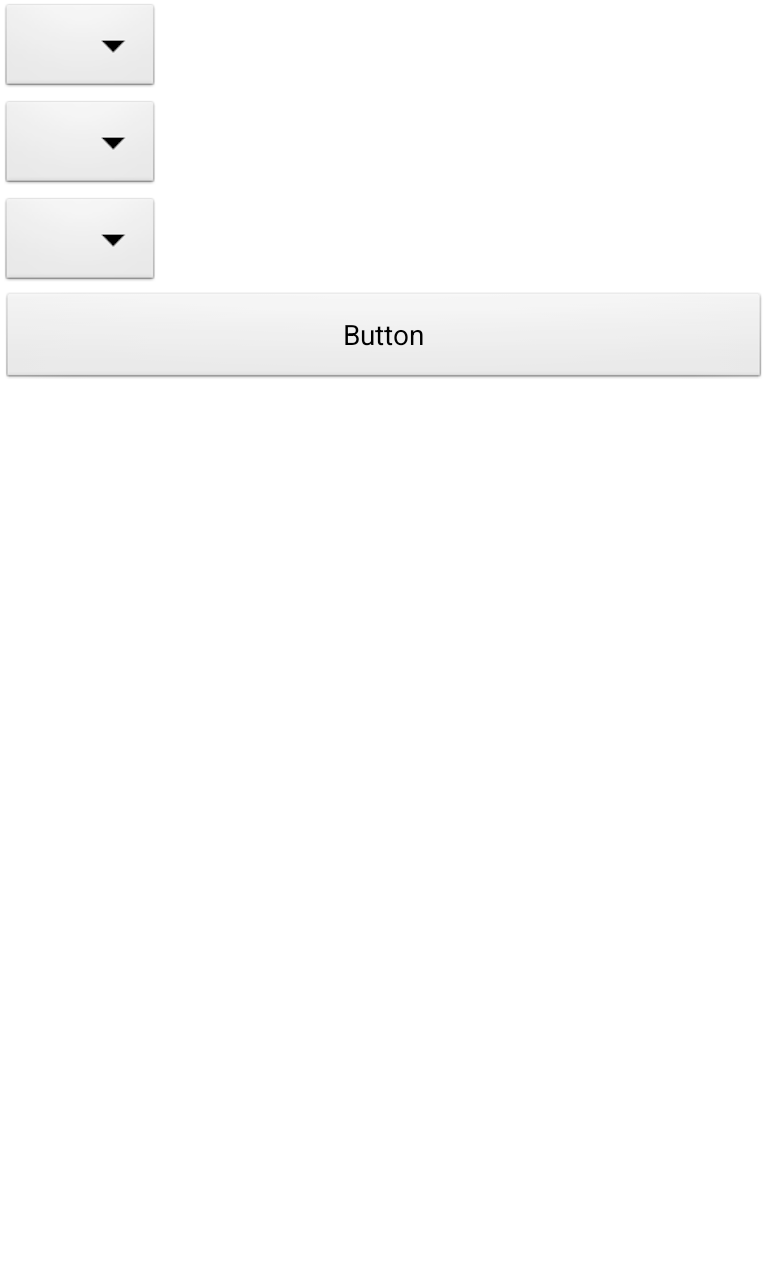
Repository: Lorvak/Pedido
Layout: workspace/Pedido_pizzaria/res/layout/activity_pedido_form.xml
An editor plug-in stored every save of this project. The layout is shown before and after the next save, followed by the edit.
It is drawn on a 768 x 1280 px phone screen (xhdpi) without system bars, with theme AppTheme; the app's code is not run.

Above is the layout before, as saved 2013-02-25 21:43:48.

### workspace/Pedido_pizzaria/res/layout/activity_pedido_form.xml
<RelativeLayout xmlns:android="http://schemas.android.com/apk/res/android"
    xmlns:tools="http://schemas.android.com/tools"
    android:layout_width="match_parent"
    android:layout_height="match_parent"
    tools:context=".PedidoFormActivity" >

    <Spinner
        android:id="@+id/spnMesa"
        android:layout_width="wrap_content"
        android:layout_height="wrap_content"
        android:layout_alignParentLeft="true"
        android:layout_alignParentTop="true" />

    <Spinner
        android:id="@+id/spnPizza"
        android:layout_width="wrap_content"
        android:layout_height="wrap_content"
        android:layout_alignParentLeft="true"
        android:layout_below="@+id/spnMesa" />

    <Spinner
        android:id="@+id/spnBebida"
        android:layout_width="wrap_content"
        android:layout_height="wrap_content"
        android:layout_alignParentLeft="true"
        android:layout_below="@+id/spnPizza" />

    <Button
        android:id="@+id/btVoltar"
        android:layout_width="wrap_content"
        android:layout_height="wrap_content"
        android:layout_alignParentLeft="true"
        android:layout_alignParentRight="true"
        android:layout_below="@+id/spnBebida"
        android:text="Button" />

</RelativeLayout>

Loaded but not shown: workspace/Pedido_pizzaria/res/values/styles.xml (common file)

After the next save:
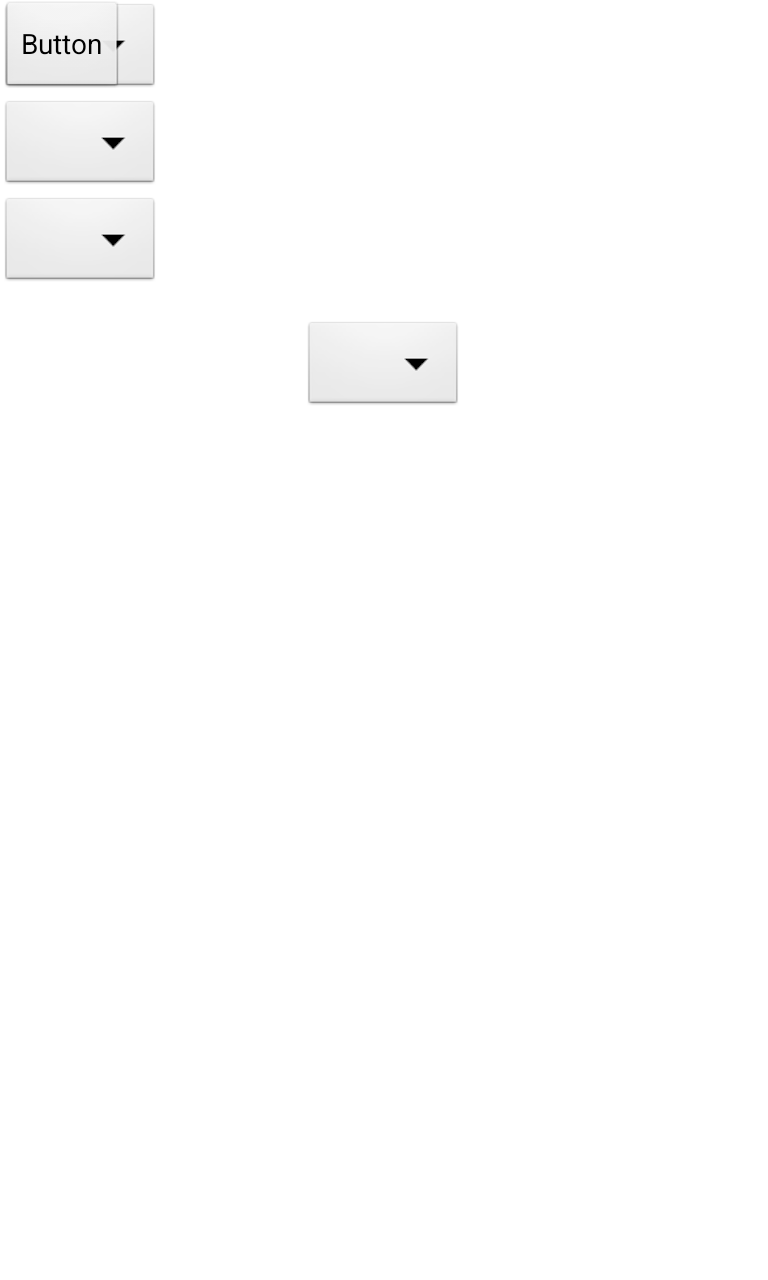
Saved 63 min 24 s later.
--- a/workspace/Pedido_pizzaria/res/layout/activity_pedido_form.xml
+++ b/workspace/Pedido_pizzaria/res/layout/activity_pedido_form.xml
@@ -25,13 +25,22 @@
         android:layout_alignParentLeft="true"
         android:layout_below="@+id/spnPizza" />
 
+        <Spinner
+        android:id="@+id/spinnerPizzas"
+        android:layout_width="wrap_content"
+        android:layout_height="wrap_content"
+        android:layout_alignTop="@+id/spnBebida"
+        android:layout_centerHorizontal="true"
+        android:layout_marginTop="62dp" />
+
     <Button
         android:id="@+id/btVoltar"
         android:layout_width="wrap_content"
         android:layout_height="wrap_content"
         android:layout_alignParentLeft="true"
-        android:layout_alignParentRight="true"
-        android:layout_below="@+id/spnBebida"
+        android:layout_below="@+id/spinner1"
         android:text="Button" />
 
+
+
 </RelativeLayout>
